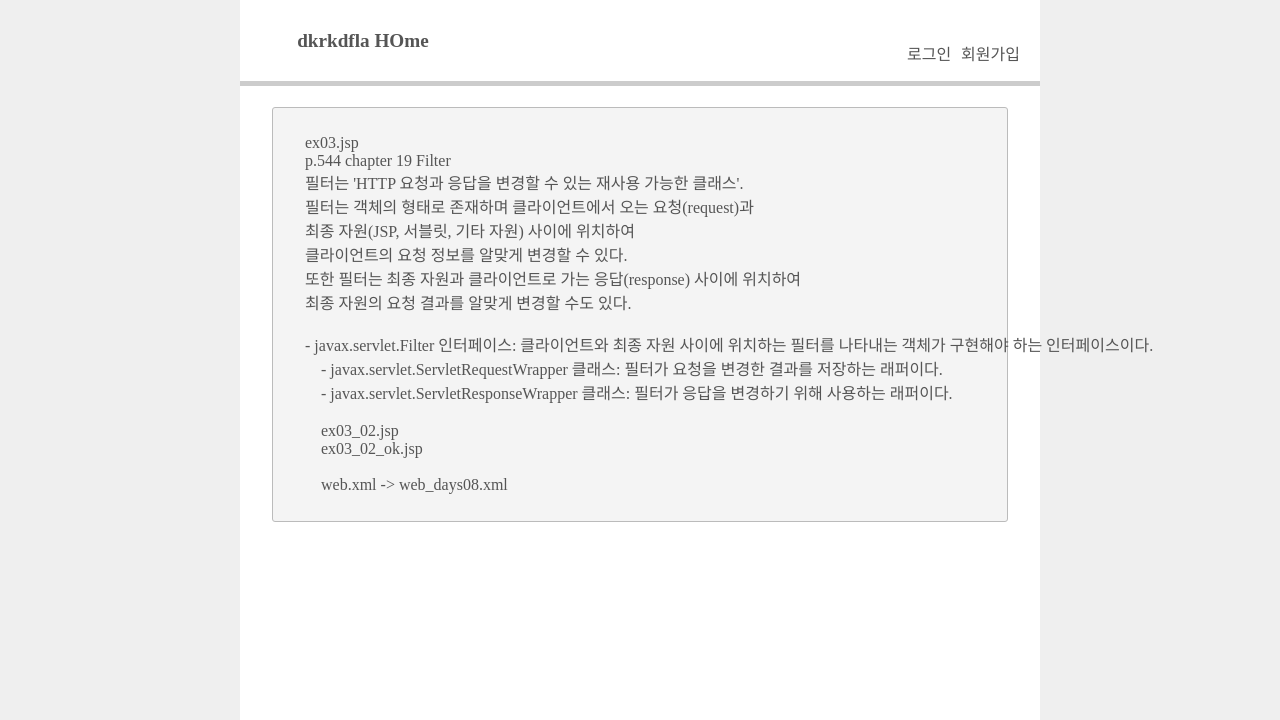
Repository: Dusajang/JSPClass
Page: http://localhost/jspPro/days08/ex03.jsp
The author's editor kept a copy of each file at every save. The page is drawn from the files as they stood at one save, then again after the next save.
The browser window is 1280 px wide. The pictures show the whole page.
Some web fonts or font styles are not loaded; a fallback is used. The page is served by Tomcat 9.

Above is the page before, as saved 2024-10-24 07:37:43.

After the next save:
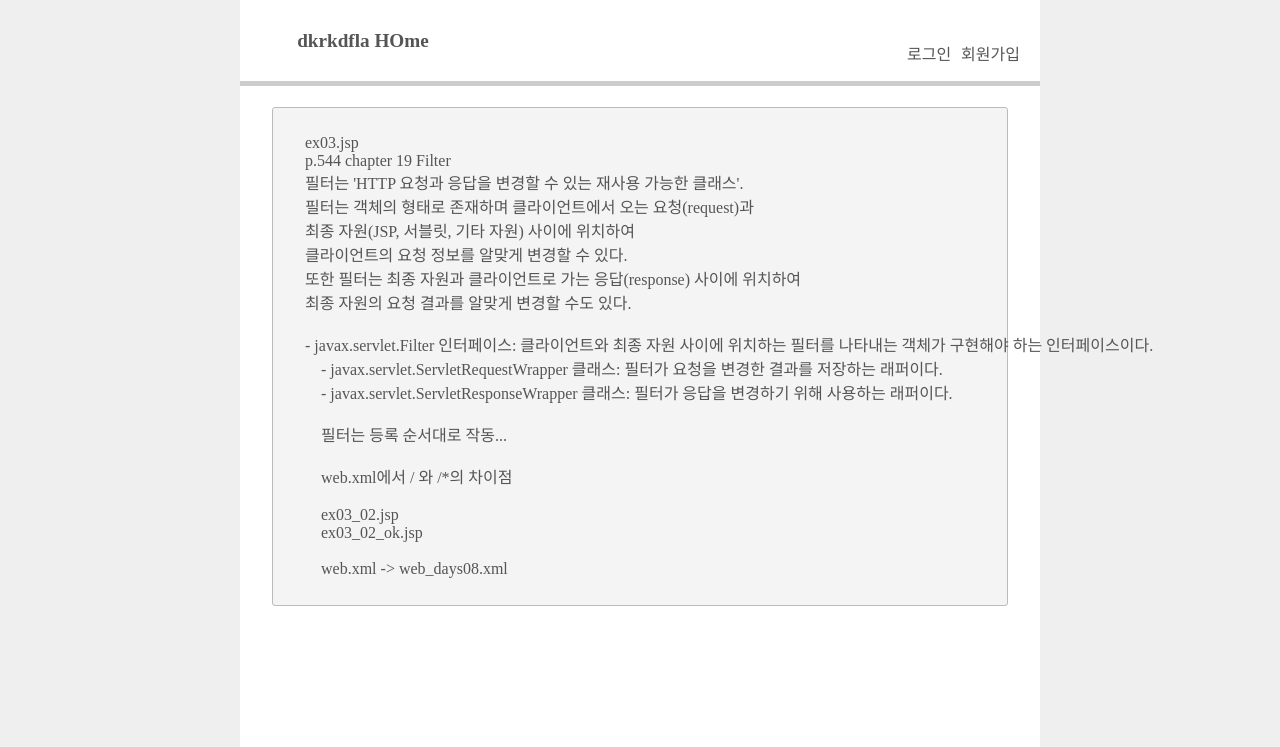
Saved 16 min 34 s later.
--- a/jspPro/src/main/webapp/days08/ex03.jsp
+++ b/jspPro/src/main/webapp/days08/ex03.jsp
@@ -41,6 +41,10 @@
 	- javax.servlet.ServletRequestWrapper 클래스: 필터가 요청을 변경한 결과를 저장하는 래퍼이다.
 	- javax.servlet.ServletResponseWrapper 클래스: 필터가 응답을 변경하기 위해 사용하는 래퍼이다.
 
+	필터는 등록 순서대로 작동...
+
+	web.xml에서 / 와 /*의 차이점
+
 	ex03_02.jsp
 	ex03_02_ok.jsp
 
